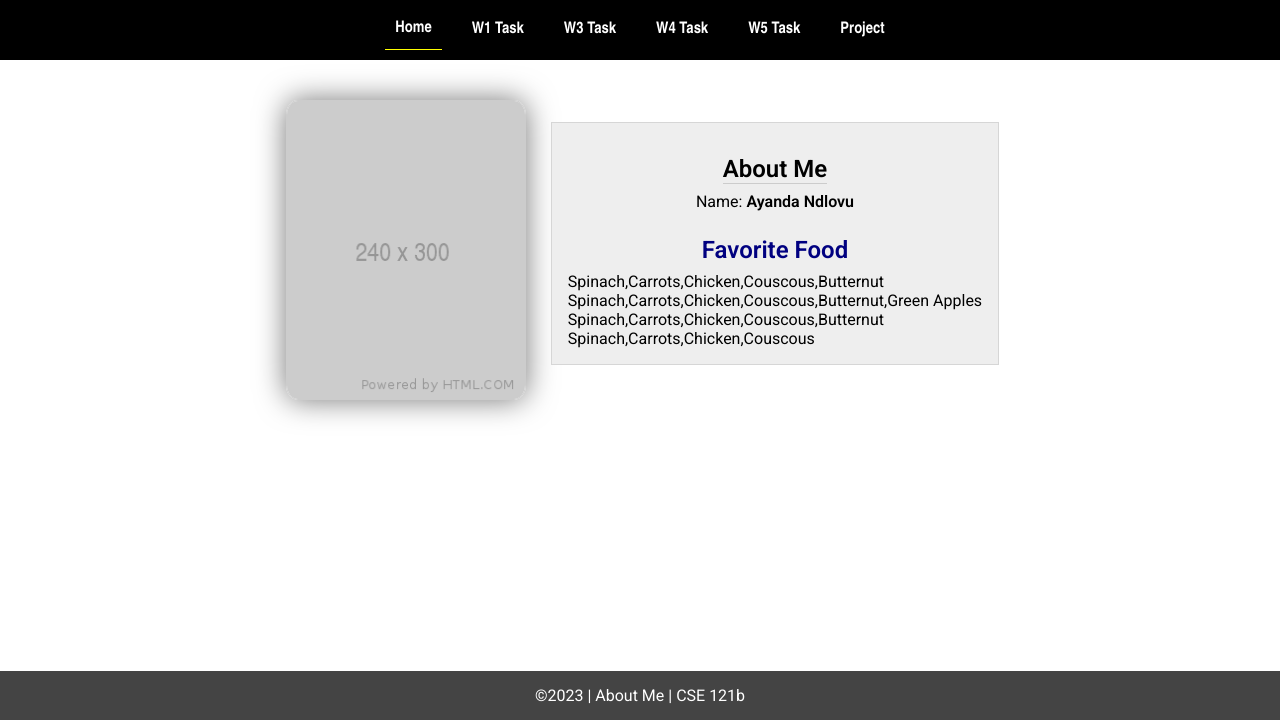
Repository: mszakutumela/cse121b
Page: index.html
These files come from the project's save history. The page is drawn as it stood at one moment and after the next save; the edit follows.
The browser window is 1280 px wide. The pictures show the whole page.

Above is the page before, as saved 2023-10-07 15:19:32.

### index.html
<!DOCTYPE html>
<html lang="en">

<head>
  <meta charset="UTF-8">
  <meta name="viewport" content="width=device-width, initial-scale=1.0">
  <title>About Me | CSE 121b | W02: Programming Tasks</title>
  <link rel="preconnect" href="https://fonts.googleapis.com">
  <link rel="preconnect" href="https://fonts.gstatic.com" crossorigin>
  <link href="https://fonts.googleapis.com/css2?family=Roboto:wght@400;600&display=swap"
    rel="stylesheet">
  <link rel="stylesheet" href="styles/main.css">
</head>

<body>
  <nav>
    <ul id="menu">
      <li><a id="toggleMenu">&equiv;</a></li>
      <li><a href="index.html" class="active">Home</a></li>
      <li><a href="w01-task.html">W1 Task</a></li>
      <li><a href="w03-task.html">W3 Task</a></li>
      <li><a href="w04-task.html">W4 Task</a></li>
      <li><a href="w05-task.html">W5 Task</a></li>
      <li><a href="project.html">Project</a></li>
    </ul>
  </nav>
  <main id="home">
    <picture>
      <!-- <img src="images/20221109_183304.jpg" alt="Image_of_Me"> you must not change anything in this document-->
      <img src="images/placeholder.png" alt="Placeholder Image">
    </picture>
    <section>
      <h1>About Me</h1>
      <div class="info">Name: <span id="name"></span></div>
      <h2>Favorite Food</h2>
      <div class="block" id="food"></div>
    </section>
  </main>
  <footer>
    &copy;<span id="year"></span> | About Me | CSE 121b
  </footer>
  <script src="scripts/main.js"></script>
  <script src="scripts/w02-task.js"></script>
</body>

</html>

### styles/main.css
/* Universal Selector */
* {
    margin: 0;
    padding: 0;
    box-sizing: border-box;
}

/* HTML Selectors */
body {
    font-family: 'Roboto', Helvetica, sans-serif;
}

nav {
    background-color: black;
    width: 100%;
    position: fixed;
    top: 0;
}

nav ul {
    display: flex;
    flex-direction: column;
    align-items: center;
    max-width: -moz-fit-content;
    max-width: fit-content;
    margin: 0 auto;
}

nav ul li {
    flex: 1 1 auto;
}

nav ul li:first-child {
    display: block;
    font-size: 2rem;
}

nav ul li:first-child a {
    padding: 1px 10px;
}

nav ul li {
    display: none;
    list-style: none;
    margin: 10px;
}

nav ul li a {
    display: block;
    padding: 10px;
    text-decoration: none;
    font-weight: 600;
    color: white;
    text-align: center;
    font-family: 'Arial Narrow', Arial, sans-serif;
}

nav ul li a:hover {
    background-color: #efefef;
    color: black;
}

h1,
h2 {
    text-align: center;
    margin: 1rem 0 .5rem;
}

h1 {
    border-bottom: 1px solid #ccc;
}

#gridly h1 {
    margin-top: 80px;
}

h2 {
    font-size: 1.5rem;
    color: navy;
    text-align: center;
    margin-top: 25px;
}

h3 {
    font-size: 1.3rem;
    margin-bottom: 1rem;
}

header {
    margin-top: 70px;
}

picture {
    margin: 0 auto;
}

picture img {
    width: 240px;
    height: auto;
    border-radius: 5%;
    border: 1px solid #ccc;
    box-shadow: 0 0 30px #777;
}

section {
    display: flex;
    flex-direction: column;
    align-items: center;
    margin: 0 auto 1rem;
    border: 1px solid rgba(0, 0, 0, .1);
    padding: 1rem;
    background-color: #eee;
}

article {
    margin-bottom: 1rem;
}

article div {
    margin-bottom: .5rem;
    text-align: right;
}

label {
    padding: .35rem;
}

input {
    padding: .35rem;
}

input[type="button"] {
    padding: .5rem;
    background-color: #444;
    color: white;
    border: none;
    border-radius: 5px;
    cursor: pointer;
    width: 100%
}

input[type="checkbox"] {
    width: 25px;
    height: 25px;
}

dt {
    font-weight: 700;
}

dt::before {
    content: "🏘️ ";
}

dd {
    margin: 0 0 .5rem 2rem;
    font-size: smaller;
}

footer {
    background-color: #444;
    color: white;
    padding: 15px;
    text-align: center;
    width: 100%;
    position: fixed;
    bottom: 0;
}

/* Class Selectors */
.active {
    border-bottom: 1px solid yellow;
}

.open li {
    display: block;
}

.block {
    display: block;
}

.larger {
    font-size: larger;
    color: red;
}

.right {
    width: 100%;
    text-align: right;
}

.middle {
    display: flex;
    align-items: center;
    justify-content: right;
    gap: 1rem;
}

/* ID Selectors */

#home {
    margin-top: 125px;
    display: grid;
    grid-template-columns: 1fr;
    grid-gap: 20px;
    align-items: center;
    justify-content: center;
}


#section1 {
    background-color: rgb(225, 250, 225, .5);
}

#section2 {
    background-color: rgba(200, 200, 250, 0.5);

}

#section2 div {
    margin-bottom: 1rem;
}

#section3 {
    background-color: rgb(250, 225, 250, .5);
}

#sortBy {
    appearance: none;
    display: flex;
    padding: .5rem;
    background-color: #eee;
    color: #444;
    font-weight: 700;
    margin: 1rem auto;
    width: 200px;
    border: 1px solid rgba(0, 0, 0, .2);
    text-align: center;
}

#sortBy option:disabled {
    font-style: italic;
    padding: 1rem;
    background-color: #111;
    color: #eee;
}

#temples {
    display: grid;
    grid-template-columns: repeat(auto-fit, minmax(320px, 1fr));
    grid-gap: .5rem;
    align-items: center;
    margin-bottom: 3rem;
}

#temples article {
    height: 250px;
    margin: .5rem;
    border: 1px solid rgba(0, 0, 0, .1);
    padding: 1rem;
    background-color: #eee;
    display: flex;
    flex-direction: column;
    align-items: center;
    justify-content: center;
}

#temples h4 {
    color: navy;
    font-size: smaller;
}


#temples img {
    width: 250px;
    height: auto;
    box-shadow: 0 0 30px #777;
    margin: .5rem;
}

/* Media Queries */
@media only screen and (min-width: 32.5em) {
    nav ul {
        flex-direction: row;
    }

    nav ul li:first-child {
        display: none;
    }

    nav ul li {
        display: block;
    }

    section {
        min-width: 300px;
    }

    #home {
        margin: 100px auto 20px;
        grid-template-columns: 250px 1fr;
        max-width: -moz-fit-content;
        max-width: fit-content;
    }

    #task3 {
        display: grid;
        grid-template-columns: 1fr 1fr;
        grid-gap: 5px;
        margin: 0 auto;
        max-width: 950px;
    }

}

### scripts/w02-task.js
/* W02-Task - Profile Home Page */

/* Step 1 - Setup type tasks - no code required */

/* Step 2 - Variables */
let fullName = "Ayanda Ndlovu";
let currentYear = new Date().getFullYear();
const profilePicture = "images/20221109_183304.jpg"

/* Step 3 - Element Variables */
const nameElement = document.getElementById('name');
const foodElement = document.getElementById('food');
const yearElement = document.querySelector('#year');
const imageElement = document.querySelector('img');

/* Step 4 - Adding Content */
nameElement.innerHTML = `<strong>${fullName}</strong>`;
yearElement.textContent = `${currentYear}`;
imageElement.setAttribute('scr', profilePicture);
imageElement.setAttribute('alt', profilePicture);
imageElement.setAttribute('title', profilePicture);

/* Step 5 - Array */
let favoriteFoods = ['Spinach', 'Carrots', 'Chicken', 'Couscous', 'Butternut'];
foodElement.innerHTML = `${favoriteFoods}`;
let anotherSingleFood = ['Green Apples'];
favoriteFoods.push('Green Apples');
foodElement.innerHTML += `<br>${favoriteFoods}`;
favoriteFoods.pop(0);
foodElement.innerHTML += `<br>${favoriteFoods}`;
favoriteFoods.pop();
foodElement.innerHTML += `<br>${favoriteFoods}`;

Loaded but not shown: scripts/main.js (common file)

After the next save:
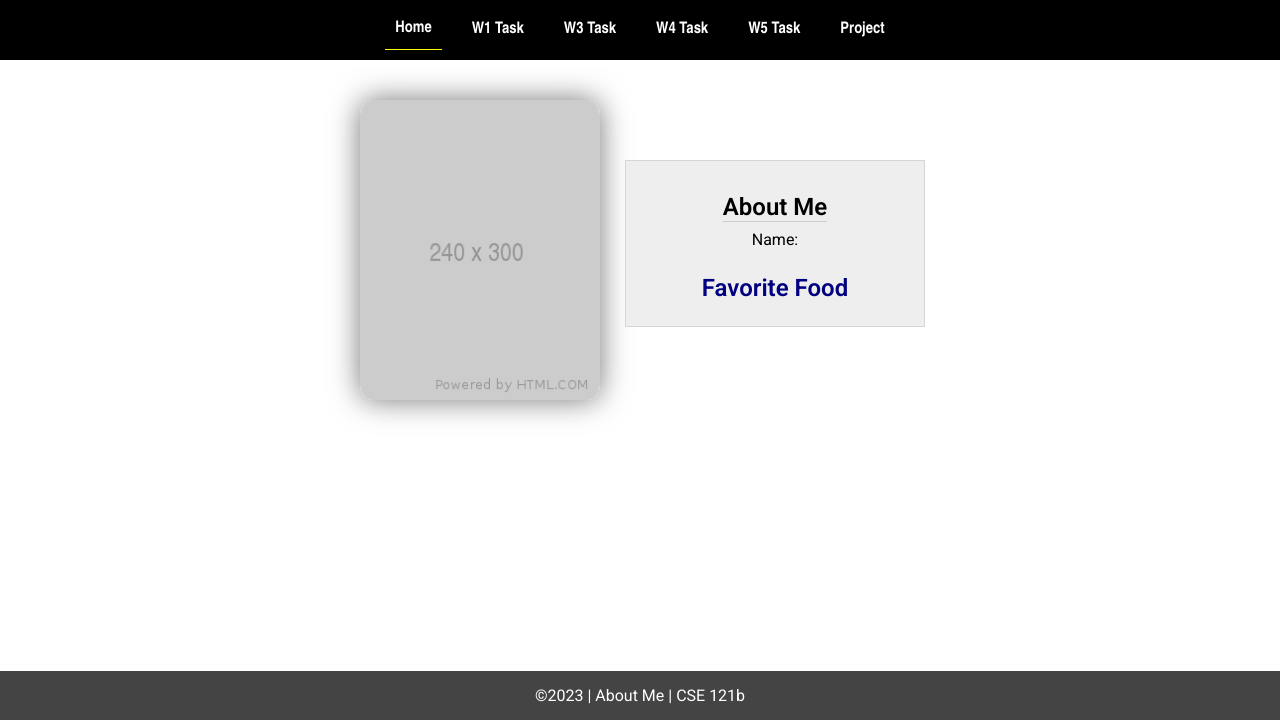
Console error: SyntaxError: Unexpected token ')'
Saved 110 s later.
--- a/scripts/w02-task.js
+++ b/scripts/w02-task.js
@@ -17,7 +17,7 @@
 nameElement.innerHTML = `<strong>${fullName}</strong>`;
 yearElement.textContent = `${currentYear}`;
 imageElement.setAttribute('scr', profilePicture);
-imageElement.setAttribute('alt', profilePicture);
+imageElement.setAttribute('alt', profilePicture == );
 imageElement.setAttribute('title', profilePicture);
 
 /* Step 5 - Array */

After the 2 saves that followed:
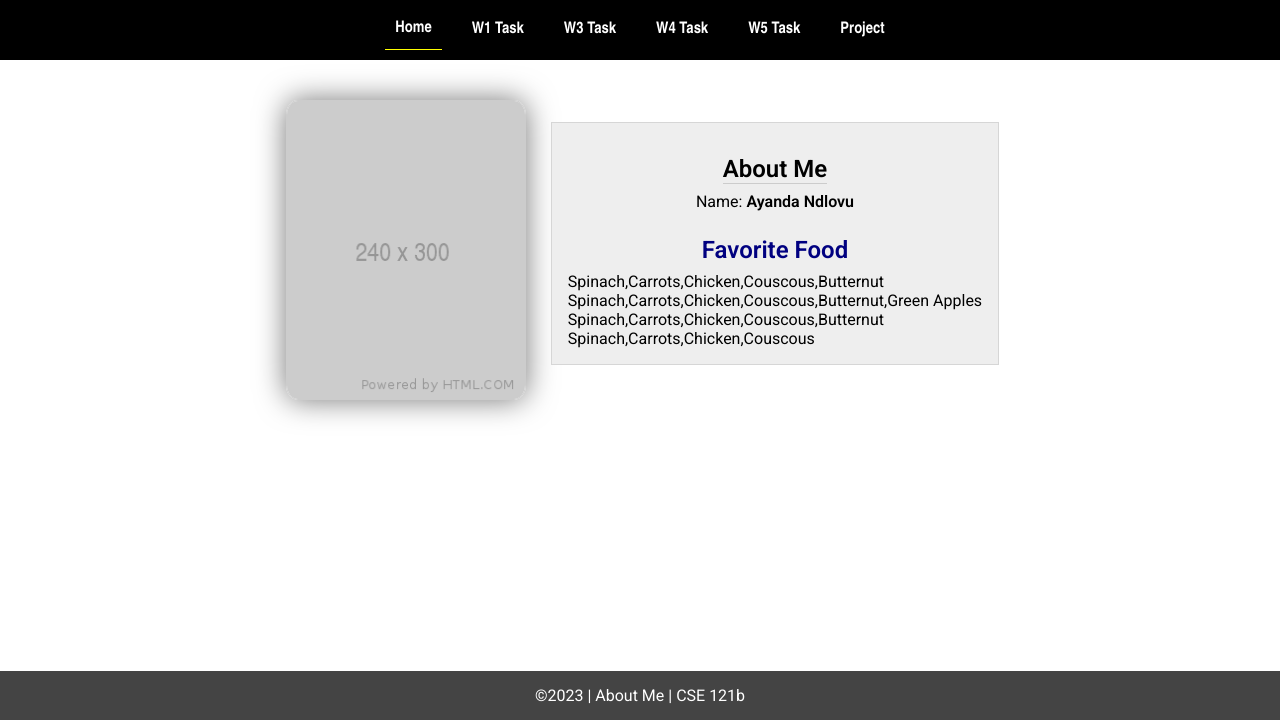
The error is gone.
The 2 saves are shown as one change because they came seconds apart.
The last was saved 8 s later.
--- a/scripts/w02-task.js
+++ b/scripts/w02-task.js
@@ -17,7 +17,7 @@
 nameElement.innerHTML = `<strong>${fullName}</strong>`;
 yearElement.textContent = `${currentYear}`;
 imageElement.setAttribute('scr', profilePicture);
-imageElement.setAttribute('alt', profilePicture == );
+imageElement.setAttribute('alt', profilePicture == fullName);
 imageElement.setAttribute('title', profilePicture);
 
 /* Step 5 - Array */
